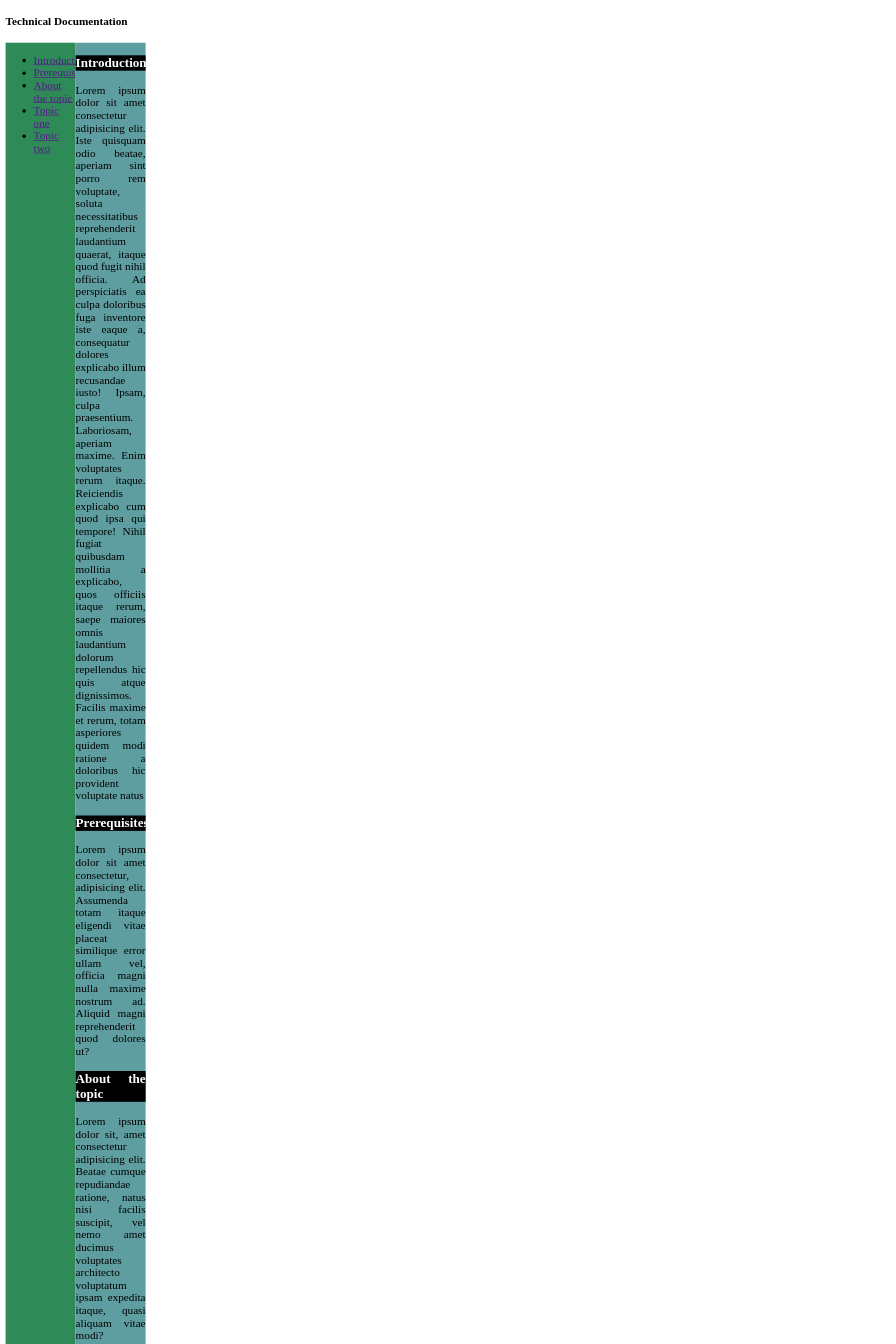
Repository: JoaoLemesDEV/Excercise-Tech-Documentation-Page
Page: index.html
An editor plug-in stored every save of this project. The page is shown before and after the next save, followed by the edit.
The browser window is 1280 px wide. The pictures show the part of the page from y = 0 to 1920 px (the page is 2690 px tall), at 70% of full size.

Above is the page before, as saved 2021-10-03 21:27:25.

### index.html
<!DOCTYPE html>
<html lang="en">
  <head>
    <meta charset="UTF-8" />
    <meta http-equiv="X-UA-Compatible" content="IE=edge" />
    <meta name="viewport" content="width=device-width, initial-scale=1.0" />
    <title>Technical Documentaion</title>
    <link rel="stylesheet" href="index.css" />
  </head>
  <body>
    <header><h4>Technical Documentation</h4></header>
    <div class="wrapper">
      <aside>
        <nav>
          <ul>
            <li><a href="">Introduction</a></li>
            <li><a href="">Prerequisites</a></li>
            <li><a href="">About the topic</a></li>
            <li><a href="">Topic one</a></li>
            <li><a href="">Topic two</a></li>
          </ul>
        </nav>
      </aside>
      <main>
        <section id="introduction">
          <h3 style="background: black; color: white">Introduction</h3>
          <p>
            Lorem ipsum dolor sit amet consectetur adipisicing elit. Iste
            quisquam odio beatae, aperiam sint porro rem voluptate, soluta
            necessitatibus reprehenderit laudantium quaerat, itaque quod fugit
            nihil officia. Ad perspiciatis ea culpa doloribus fuga inventore
            iste eaque a, consequatur dolores explicabo illum recusandae iusto!
            Ipsam, culpa praesentium. Laboriosam, aperiam maxime. Enim
            voluptates rerum itaque. Reiciendis explicabo cum quod ipsa qui
            tempore! Nihil fugiat quibusdam mollitia a explicabo, quos officiis
            itaque rerum, saepe maiores omnis laudantium dolorum repellendus hic
            quis atque dignissimos. Facilis maxime et rerum, totam asperiores
            quidem modi ratione a doloribus hic provident voluptate natus
          </p>
        </section>
        <section id="Prerequisites">
          <h3 style="background: black; color: white">Prerequisites</h3>
          <p>
            Lorem ipsum dolor sit amet consectetur, adipisicing elit. Assumenda
            totam itaque eligendi vitae placeat similique error ullam vel,
            officia magni nulla maxime nostrum ad. Aliquid magni reprehenderit
            quod dolores ut?
          </p>
        </section>
        <section id="about the topic">
          <h3 style="background: black; color: white">About the topic</h3>
          <p>
            Lorem ipsum dolor sit, amet consectetur adipisicing elit. Beatae
            cumque repudiandae ratione, natus nisi facilis suscipit, vel nemo
            amet ducimus voluptates architecto voluptatum ipsam expedita itaque,
            quasi aliquam vitae modi?
          </p>
        </section>
        <section id="topic one">
          <h3 style="background: black; color: white">Topic one</h3>
          <p>
            Lorem ipsum dolor sit, amet consectetur adipisicing elit.
            Consectetur modi quidem minima, reprehenderit autem itaque, in
            voluptas laudantium quam ratione animi fuga voluptatum aut beatae
            dolorem velit soluta? Amet, quo.
          </p>
        </section>
        <section id="topic two">
          <h3 style="background: black; color: white">Topic two</h3>
          <p>
            Lorem ipsum dolor sit amet consectetur adipisicing elit. Quia,
            possimus fugit deleniti, maiores asperiores non dolores optio magnam
            aspernatur amet dolore ipsum in quaerat assumenda neque totam sunt
            odit dolorum.
          </p>
        </section>
      </main>
    </div>
  </body>
</html>

### index.css
.wrapper {
    display: grid;
    grid-template-columns: 100px 100px 200px;
    //grid-template-rows: 150px 150px;
}

aside{
background-color: seagreen;
grid-row-start: 1;
grid-row-end: 2;
}

main{
  background-color: cadetblue;
  text-align: justify;
  grid-row-start: 1;
  grid-row-end: 2;
}

After the next save:
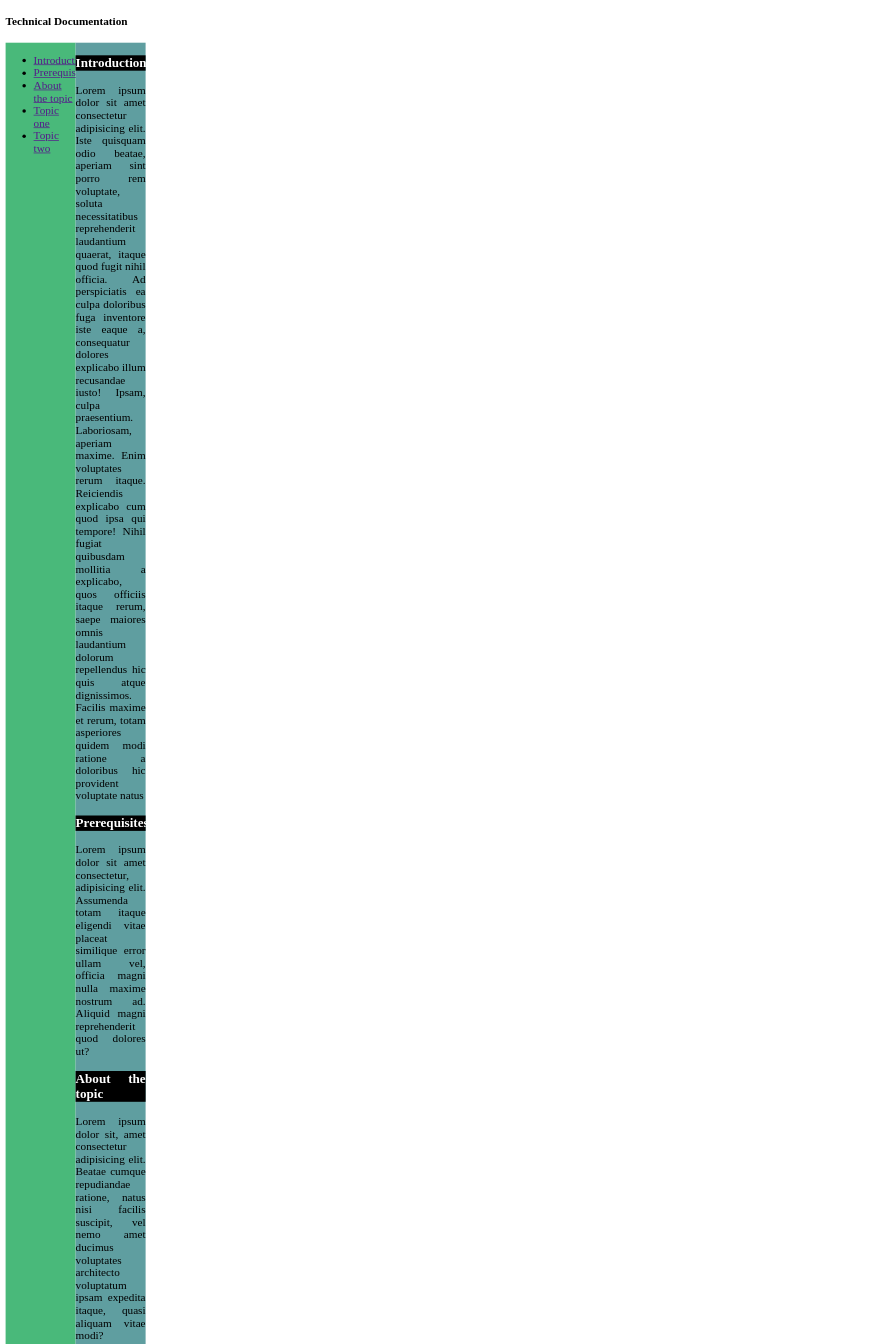
Saved 14 s later.
--- a/index.css
+++ b/index.css
@@ -5,7 +5,7 @@
 }
 
 aside{
-background-color: seagreen;
+background-color: rgb(73, 185, 122);
 grid-row-start: 1;
 grid-row-end: 2;
 }
